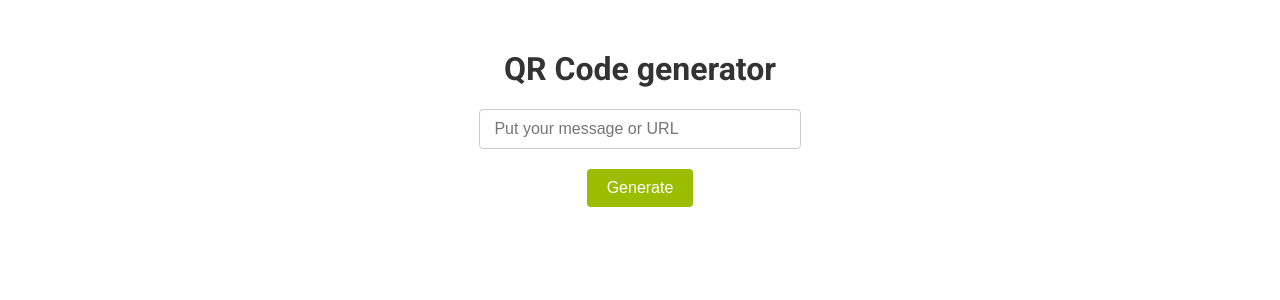
Repository: lenx0/QRCode-generator
Page: /
These files come from the project's save history. The page is drawn as it stood at one moment and after a run of saves; the edit follows.
The browser window is 1280 px wide. The pictures show the whole page.
The project was rebuilt for these pictures with package versions that can differ from the ones it lists, and the page was loaded fresh each time. Also part of the build but not shown: vite.config.ts.

Above is the page before, as saved 2024-06-21 12:43:53.

### index.html
<!doctype html>
<html lang="en">
  <head>
    <meta charset="UTF-8" />
    <link rel="icon" type="image/svg+xml" href="/vite.svg" />
    <meta name="viewport" content="width=device-width, initial-scale=1.0" />
    <link href="https://fonts.googleapis.com/css2?family=Roboto:wght@400;700&display=swap" rel="stylesheet">

    <title>Vite + React + TS</title>
  </head>
  <body>
    <div id="root"></div>
    <script type="module" src="/src/main.tsx"></script>
  </body>
</html>

### src/App.tsx
import QRCode from "./QRCode"
import "./App.css"

function App() {
  return (
    <QRCode />
  )
}

export default App

### src/QRCode.tsx
import React, { useState, ChangeEvent } from 'react';
import QRCode from 'qrcode.react';

const QRCodeGenerator: React.FC = () => {
  const [inputText, setInputText] = useState<string>('');
  const [qrCodeValue, setQrCodeValue] = useState<string>('');

  const handleChange = (e: ChangeEvent<HTMLInputElement>) => {
    setInputText(e.target.value);
  };

  const generateQRCode = () => {
    setQrCodeValue(inputText);
  };

  return (
    <div style={{ textAlign: 'center', marginTop: '50px' }}>
      <h1>QR Code generator</h1>
      <input
        type="text"
        value={inputText}
        onChange={handleChange}
        placeholder=" Put your message or URL"
        style={{ padding: '10px', width: '300px', marginBottom: '20px' }}
      />
      <br />
      <button onClick={generateQRCode} style={{ padding: '10px 20px', cursor: 'pointer' }}>
        Generate
      </button>
      <div style={{ marginTop: '30px' }}>
        {qrCodeValue && <QRCode value={qrCodeValue} />}
      </div>
    </div>
  );
};

export default QRCodeGenerator;

### src/App.css
body {
  font-family: 'Roboto', sans-serif;
}

.App {
  display: flex;
  justify-content: center;
  align-items: center;
  height: 100vh;
  background-color: #f0f0f0;
}

h1 {
  color: #333;
}

input {
  font-size: 16px;
  border: 1px solid #ccc;
  border-radius: 4px;
}

button {
  font-size: 16px;
  border: none;
  border-radius: 4px;
  background-color: #9abd00;
  color: white;
}

button:hover {
  background-color: #0056b3;
}

Loaded but not shown: src/main.tsx (common file); src/index.css (common file)

After the next 2 saves:
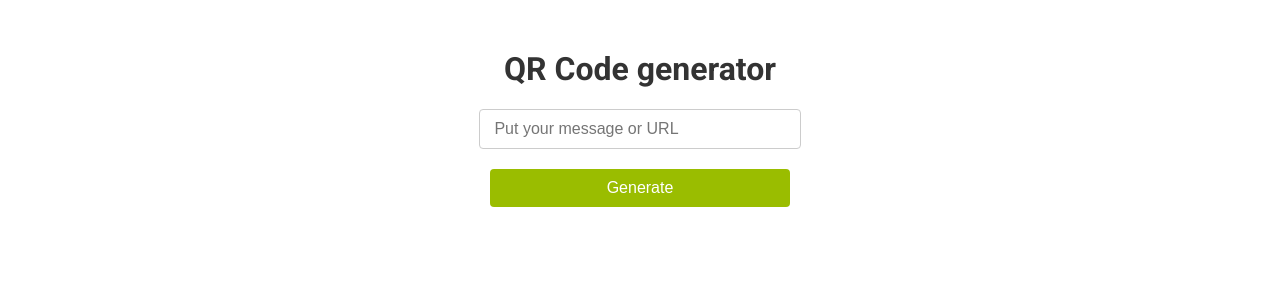
The 2 saves are shown as one change because they came seconds apart.
The last was saved 17 s later.
--- a/src/QRCode.tsx
+++ b/src/QRCode.tsx
@@ -24,7 +24,7 @@ const QRCodeGenerator: React.FC = () => {
         style={{ padding: '10px', width: '300px', marginBottom: '20px' }}
       />
       <br />
-      <button onClick={generateQRCode} style={{ padding: '10px 20px', cursor: 'pointer' }}>
+      <button onClick={generateQRCode} style={{ minWidth: '300px', padding: '10px 20px', cursor: 'pointer' }}>
         Generate
       </button>
       <div style={{ marginTop: '30px' }}>
